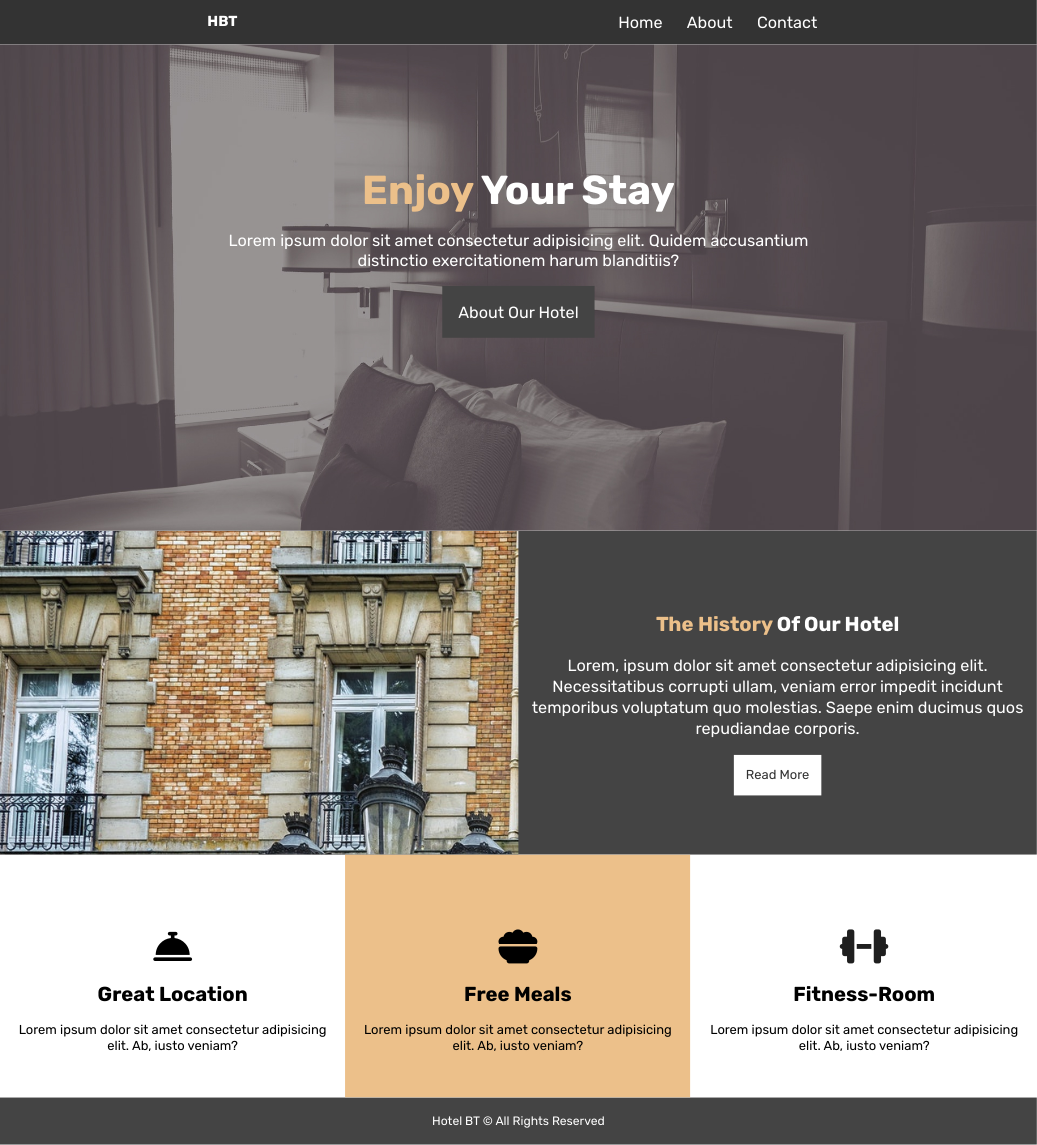
Repository: reemoon-ctrl/35---hotel-website
Page: index.html
An editor plug-in stored every save of this project. The page is shown before and after the next save, followed by the edit.
The browser window is 1280 px wide. The pictures show the whole page, at 81% of full size.
Some web libraries are served in a nearby version.

Above is the page before, as saved 2024-07-24 19:50:34.

### index.html
<!DOCTYPE html>
<html lang="en">
<head>
    <meta charset="UTF-8">
    <meta name="viewport" content="width=device-width, initial-scale=1.0">
    <title>HBT| hotel website</title>
    <link rel="stylesheet" href="index.css"/>
    <style>
    @import url('https://fonts.googleapis.com/css2?family=Rubik:ital,wght@0,300..900;1,300..900&display=swap');

    </style>
    <script src="https://kit.fontawesome.com/6132f3c84f.js" crossorigin="anonymous"></script>

</head>
<body>
    <header>
        <ul class="nav-bar">
            <li class="title"><a href="">HBT</a></li>
            <div class="bag-nav-row" >
            <li class="bag-nav"><a href="contact.html">Contact</a></li>
            <li class="bag-nav"><a href="about.html">About</a></li>
            <li class="bag-nav"><a href="index.html">Home</a></li>
            </div>
        </ul>

    </header>

    <header class="mainheader" >
        <div class="mainheadertxt">
            <h1><span class="fword">Enjoy</span> Your Stay</h1>
            <p>Lorem ipsum dolor sit amet
                consectetur adipisicing elit.
                Quidem accusantium distinctio
                exercitationem harum blanditiis?
            </p>
            <a href="about.html" >About Our Hotel</a>
        </div>
    </header>

    <main class="main-content">
        <div class="hotelimg"></div>
        <div class="hotel-disc">
            <h3><span class="fword">The History </span>Of Our Hotel</h3>
            <p>Lorem, ipsum dolor sit amet consectetur adipisicing elit. Necessitatibus corrupti ullam, veniam error impedit incidunt temporibus voluptatum quo molestias. Saepe enim ducimus quos repudiandae corporis.</p>
            <a href="about.html">Read More</a>
        </div>

    </main>

    <aside class="aside-bar">
        <ul >
            <div class="ul">
                <div class="fli" ><i class="fa-solid fa-bell-concierge fa-3x"></i> <li ><h4>Great Location</h4>
                    <p>Lorem ipsum dolor sit amet consectetur adipisicing elit. Ab, iusto veniam?</p>

                </li></div>
                <div class="sli"><li > <i class="fa-sharp-duotone fa-solid fa-bowl-food fa-3x" style="--fa-primary-color: #1f1f1f; --fa-secondary-color: #1f1f1f;"></i><h4>Free Meals</h4>
                    <p>Lorem ipsum dolor sit amet consectetur adipisicing elit. Ab, iusto veniam?</p>

                </li></div>
                <div class="thli"><li ><i class="fa-solid fa-dumbbell fa-3x" style="color: #1f1f1f;"></i><h4 >Fitness-Room</h4>
                    <p>Lorem ipsum dolor sit amet consectetur adipisicing elit. Ab, iusto veniam?</p>

                </li></div>
            </div>
        </ul>
    </aside>

    <footer>
        <p>Hotel BT &copy; All Rights Reserved</p>

    </footer>

</body>
</html>

### index.css
*{
    padding: 0px;
    margin: 0px;
    box-sizing: border-box;
    font-family: "Rubik", sans-serif;
    font-optical-sizing: auto;




}
.nav-bar{
    list-style:none;
    overflow: auto;
    /* clear:both; */
    background: #333333;
    font-size: 20px;
    text-align: center;
    height: 55px;

}

.bag-nav-row{
    margin-right: 20%;
}
.title{
    float: left;
    margin-left: 20%;
    font-weight: bold;
    font-size:18px ;

    text-align: center;
    padding:15px 0px;

}
.title  a{
    text-decoration: none;
    color:#fff;
}


.bag-nav{
    float: right;
    font-size: 20px;


}
.bag-nav-row li a{
    text-decoration: none;
    padding: 15px;
    display: inline-block;
    color: #fff;
}

.bag-nav-row li a:hover{
    background: #444444;
    color:#ecc08a;
}
.bag-nav-row li a:active{
    background: #444444;
    color:#ecc08a;
}


.mainheader{
    background-image: url("img/showcase.jpg") ;
    background-color: #cccccc;
    height:600px;
    background-position: center;
    background-repeat: no-repeat;
    background-size:cover;
    position: relative;
}
.mainheadertxt{
    /* margin: auto; */
    padding: 150px 20%;
    position:relative;
    text-align: center;
    /* margin-top: 20px; */
    color:#fff;
}
.mainheadertxt h1{
    font-size:50px;

}

.mainheadertxt p{
    margin:20px;
    font-size: 20px;
}
.mainheadertxt a{
    position:relative;
    display: block;
    width: fit-content;
    background: #444444;
    text-decoration:none ;
    color: #fff;
    top:50%;
    margin-top: 30px;
    margin: auto;
    font-size: 20px;

    padding: 20px;
}
.mainheadertxt a:hover{
    background: #ecc08a;
    cursor: pointer;
    color:#333333;

}
.fword{
    color:#ecc08a
}
.main-content{
    width:100%;
    height:400px;
    overflow: auto;
    background: #444444;
    color: #fff;
}
.hotelimg{
    width:50%;
    float:left;

    min-height:100% ;
    background: url('img/photo-1.jpg') no-repeat;
}
.hotel-disc{
    /* padding-top: 100px; */
    padding:20px 10px;
    width:50%;
    height:40px;
    float:right;
    text-align: center;
    /* margin-top:px; */
    line-height: 1.3;
    /* padding:20px; */

}
.hotel-disc h3{
    font-size: 25px;
    /* font-size: xx-large; */
    margin-bottom: 20px;
    margin-top:5rem;
}
.hotel-disc a{
    position:relative;
    display: block;
    width: fit-content;
    text-decoration:none ;
    color: #333333;
    padding: 15px;
    margin:auto;
    margin-top: 20px;
    background: #fff;

}
.hotel-disc a:hover{
    background: #ecc08a;
}
.hotel-disc p{
    font-size: 20px;
}

.aside-bar{
    height: 300px;
    overflow: auto;
    clear:both;

}
.ul{
    list-style: none;
    text-align: center;
    margin:auto;
    height:300px;
}
.fli{
    padding: 60px;
    margin: auto;
    float: left;
    width:33.3%;
    height: 300px;
    padding: 90px 20px;
}
.fli h4{
    font-size: 25px;
    margin-bottom: 20px;
    margin-top: 20px;
}
.sli h4{
    margin-top: 20px;
    font-size: 25px;
    margin-bottom: 20px;
}
.thli h4{
    margin-top: 20px;
    font-size: 25px;
    margin-bottom: 20px;
}
.sli{
    float:left;
    width:33.3%;
    background-color:#ecc08a;
    height: 300px;
    padding: 90px 20px;

}
.thli{
    float:right;
    width:33.3%;
    height: 300px;
    margin: auto;
    height: 300px;
    padding: 90px 20px;
}

footer p{
    text-align: center;
    font-size: 15px;
    color: #fff;
    background: #444444;
    padding: 20px;
}

/* ///////////////about website////////////////// */
.s-header{
    overflow: auto;
    clear: both;
    margin: auto;
    margin: 50px 20%;
    /* height: 500px; */
}
.header-content{
    float:left;
    width:40%;

}
.header-content h1{
    font-size: 50px;
}
.header-content p{
    font-size: 28px;
    margin-top: 20px;
    line-height: 1.3;
}
.hotel-img2{
    height:400px;
    width: 40%;
    float: right;
    border-radius:50%;
}
.comment{
    overflow: auto;
    background:#ecc08a;
    margin: 20px 20%;
    border-radius: 20px;

}
.aside-content{
    background-image: url(img/test-bg.jpg) ;
    background-color: #cccccc;
    height:900px;
    background-position: center;
    background-repeat: no-repeat;
    background-size: cover;
    position: relative;
    width: 100%;



}
.aside-content h1{
    margin: 20px 20%;
    text-align: center;
    color: #FFF;
    font-size: 50px;
    padding-top: 100px;
    padding-bottom: 50px;

}
.comment img{
    padding-top: 30px;
width:200px ;
height:200px ;
border-radius: 200px;
float: left;
padding-right: 20px;
padding-left: 20px;
margin-bottom: 50px;
}
.comment p{
padding-top: 70px;
font-size: 28px;
color: #333333;


}
/* ///////////////about style///////////// */
form h1{
    margin-bottom: 20px;
    font-size: 50px;

}
form p{
    font-size: 25px;

}

.form-label label{
    display: block;

}
.form-label input{
    width:100%;
    padding:10px;
    font-size: 28px;
    border:#ddd solid 1px;
    /* border: 3px solid #ccc; */
    -webkit-transition: 0.5s;
    transition: 0.5s;
    outline: none;

}
.form-label input[type=text]:focus{
    border: 2px solid #ecc08a;
}
.form-label{
    font-size: 35px;
    margin-top: 20px;
}
.submit-input:hover{
    border: 2px solid #ecc08a;
    background: #ecc08a;
    color:#444444;
}
textarea{
    width: 100%;
    height: 250px;
    padding: 12px 20px;
    box-sizing: border-box;
    border: 1px solid #ddd;
    border-radius: 4px;
    /* background-color: #f8f8f8; */
    resize:none;
    font-size: 20px;
    -webkit-transition: 0.5s;
    transition: 0.5s;
    outline: none;

}
textarea:focus{
    border: 2px solid #ecc08a;
}
.submit-input{
 padding: 20px;
 /* text-align: center; */
 width:200px;
 cursor: pointer;
 margin: 30px 0px;
 background: #333333;
 color: #FFF;
 font-size: 20px;


}
.form-container{
    margin: 40px 20%;
    height:800px;
}
.fli-about{
    padding: 60px;
    margin: auto;
    float: left;
    width:33%;
    height: 300px;
    padding: 90px 20px;
    color:#ddd;
}
.fli-about h4{
    font-size: 35px;
    margin-bottom: 20px;
}
.fli-about p{
    font-size: 28px;
}
.sli-about h4{
    font-size: 35px;
    margin-bottom: 20px;
}
.sli-about p{
    font-size: 28px;
}
.thli-about h4{
    font-size: 35px;
    margin-bottom: 20px;
}
.thli-about p{
    font-size: 28px;
}
.sli-about{
    float:left;
    width:33%;
    color: #ddd;
    height: 300px;
    padding: 90px 20px;

}
.thli-about{
    float:right;
    width:33%;
    height: 300px;
    margin: auto;
    height: 300px;
    padding: 90px 20px;
    background: #333333;
    color: #ddd;
}
.ul-about{
    list-style: none;
    text-align: center;
    margin:auto;
    height:300px;
    background: #333333;
}

After the next save:
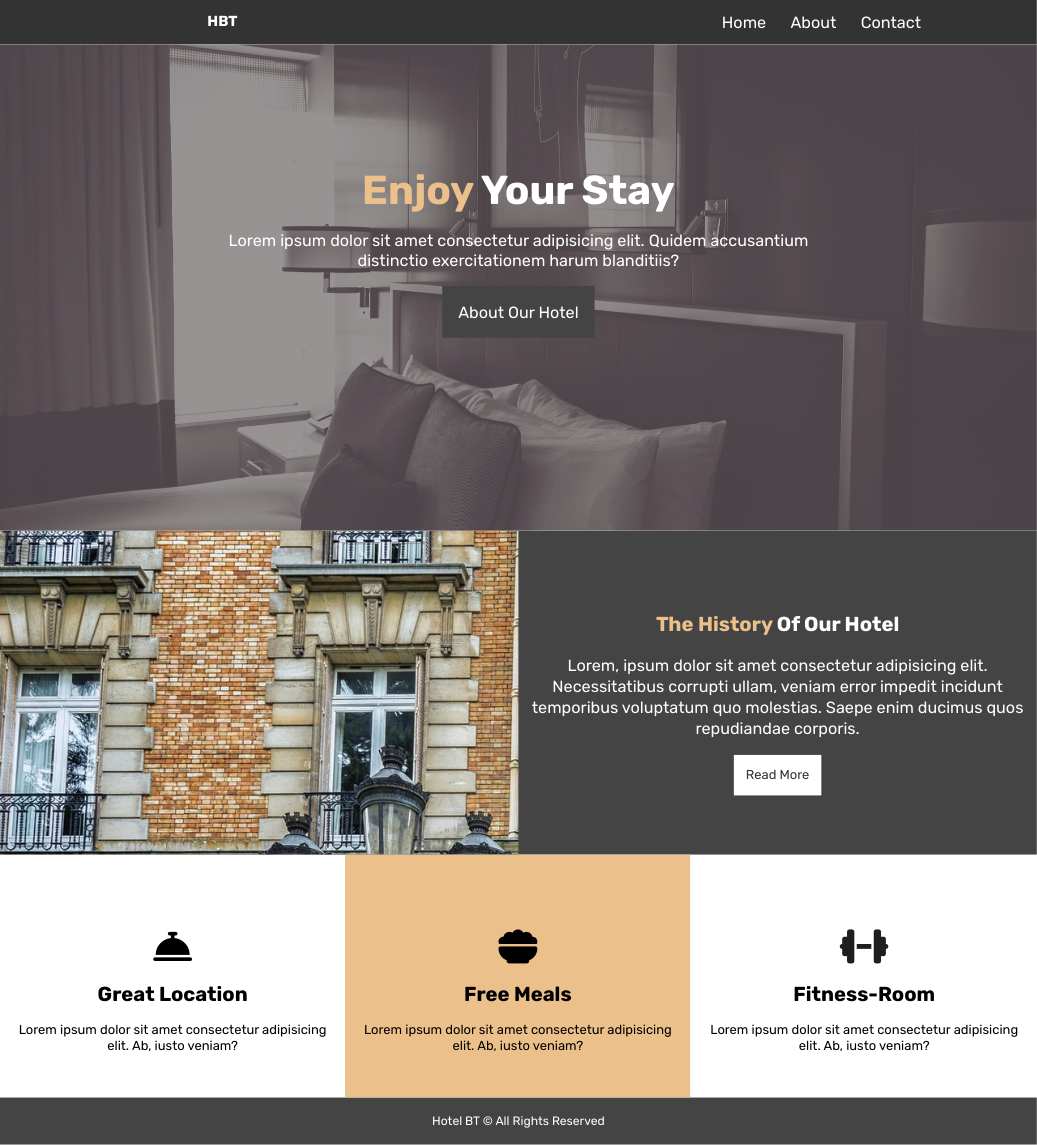
Saved 93 s later.
--- a/index.css
+++ b/index.css
@@ -21,7 +21,7 @@
 }
 
 .bag-nav-row{
-    margin-right: 20%;
+    margin-right: 10%;
 }
 .title{
     float: left;
